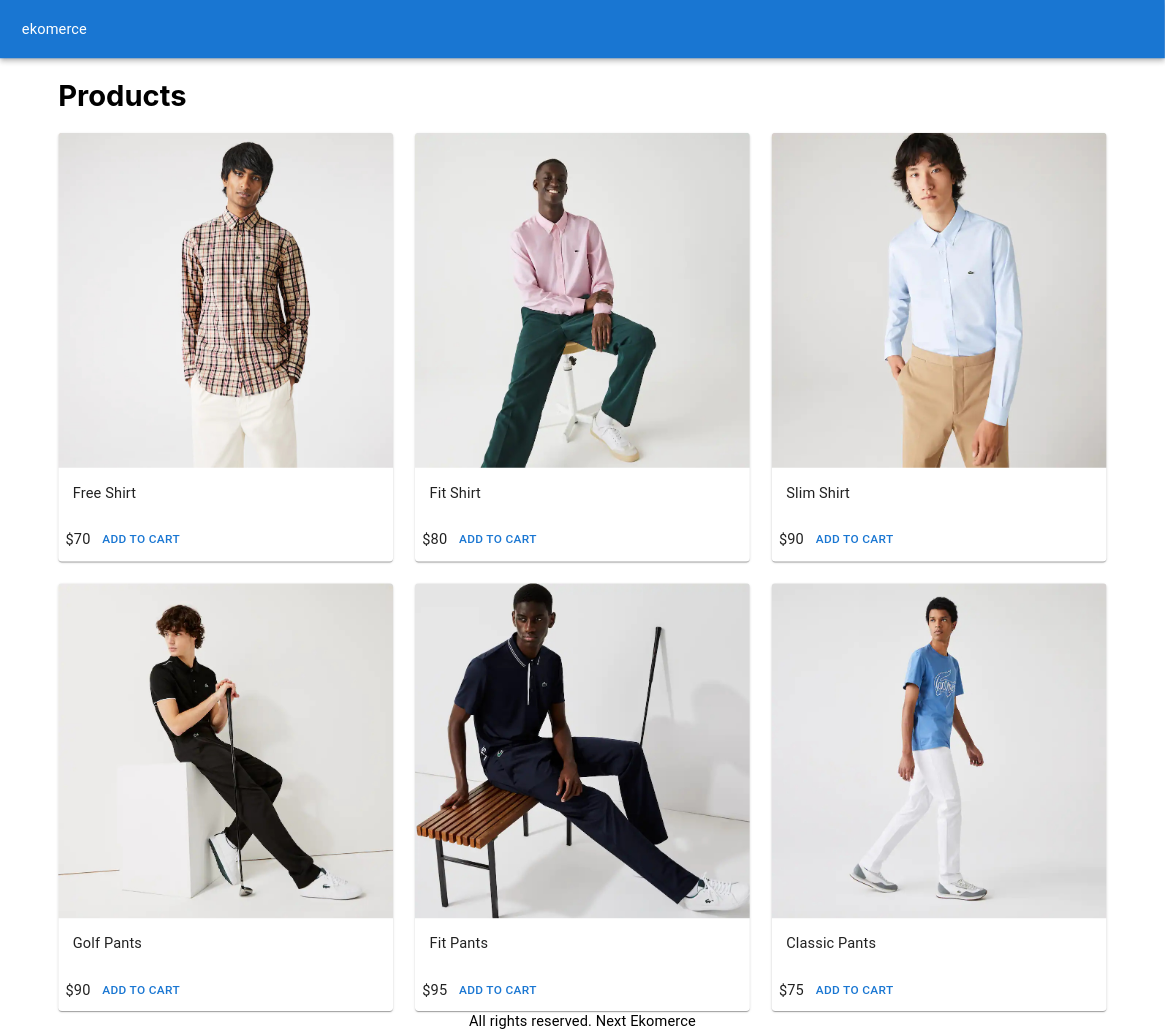
Repository: ChakmaSajib/ekomerce
Page: /
The author's editor kept a copy of each file at every save. The page is drawn from the files as they stood at one save, then again after the next save.
The browser window is 1280 px wide. The pictures show the whole page, at 91% of full size.
The project was rebuilt for these pictures with package versions that can differ from the ones it lists, and the page was loaded fresh each time. The framework's server and built-in components were replaced by stand-ins that run in the browser. Also part of the build but not shown: next.config.js, styles/Home.module.css.

Above is the page before, as saved 2022-01-02 00:18:10.

### pages/_app.js
import React, { useEffect } from "react"
import '../styles/globals.css'
function MyApp({ Component, pageProps }) {
  useEffect(() => {
    // this will call after rendering this component
    // to remove css for server side rendering
    // to fix the issue with server-side with material-ui

    const jssStyle = document.querySelector('#jss-server-side')
    if (jssStyle) {
      jssStyle.parentElement.removeChild(jssStyle)
    }
  }, [])
  return <Component {...pageProps} />
}

export default MyApp

### pages/_document.js
// We will change the way that Next basically render the pages
import { ServerStyleSheets } from '@mui/styles';
import React from "react"
import App from 'next/app';
import Document, { Html, Head, Main, NextScript } from 'next/document';
export default class MyDocument extends Document {
    render() {
        return (
            <Html lang="en">
                <Head></Head>
                {/** here, the body element does not comming from NextJS */}
                <body>
                    <Main />
                    <NextScript />
                </body>
            </Html>
        )
    }
}

// This will render before above component
MyDocument.getInitialProps = async (ctx) => {
    const sheets = new ServerStyleSheets();
    const originalRenderPage = ctx.renderPage;
    ctx.renderPage = () => {
        return originalRenderPage({
            enhanceApp: (App) => (props) => sheets.collect(<App {...props} />),
        });
    };

    const initialProps = await Document.getInitialProps(ctx)
    return {
        ...initialProps,
        styles: [
            ...React.Children.toArray(initialProps.styles), sheets.getStyleElement()
        ]
    }
}

### pages/index.js
import Head from 'next/head'
import Image from 'next/image'
import Layout from '../components/Layout'
import styles from '../styles/Home.module.css'
import { Card, CardActionArea, CardContent, CardMedia, CardActions, Grid, Typography, Button } from '@mui/material'
import data from "../utils/data"

export default function Home() {
  return (
    <Layout>
      <div>
        <h1>Products</h1>
        {/** Parent Grid */}
        <Grid container spacing={3}>
          {data.products.map((product) => (
            <Grid item key={product.name} md={4}>
              <Card>
                <CardActionArea>
                  <CardMedia component="img" image={product.image} title={product.name}>
                  </CardMedia>
                  <CardContent >
                    <Typography>
                      {product.name}
                    </Typography>
                  </CardContent>
                </CardActionArea>
                <CardActions>
                  <Typography>${product.price}</Typography>
                  <Button size="small" color="primary"> Add to cart</Button>
                </CardActions>
              </Card>
            </Grid>
          ))}
        </Grid>
      </div>
    </Layout>

  )
}

### components/Layout.js
import React from 'react';
import Head from 'next/head';
import { AppBar, Toolbar, Typography, Container } from '@mui/material';
import useStyles from '../utils/styles';

export default function Layout({ children }) {
    const classes = useStyles()

    return (
        <div>
            <Head>
                <title>Ekomerce</title>
            </Head>

            {/** App bar */}
            <AppBar position="static" className={classes.navbar}>
                <Toolbar>
                    <Typography>
                        ekomerce
                    </Typography>
                </Toolbar>
            </AppBar>

            {/** Main Container */}
            <Container className={classes.main}>
                {children}
            </Container>

            {/** Footer */}

            <footer className={classes.footer}>
                <Typography> All rights reserved. Next Ekomerce </Typography>
            </footer>
        </div>
    )
}

### utils/data.js
const data = {
    products: [
        {
            name: 'Free Shirt',
            category: 'Shirts',
            image: '/images/shirt1.jpg',
            price: 70,
            brand: 'Nike',
            rating: 4.5,
            numReviews: 10,
            countInStock: 20,
            description: 'A popular shirt',
        },
        {
            name: 'Fit Shirt',
            category: 'Shirts',
            image: '/images/shirt2.jpg',
            price: 80,
            brand: 'Adidas',
            rating: 4.2,
            numReviews: 10,
            countInStock: 20,
            description: 'A popular shirt',
        },
        {
            name: 'Slim Shirt',
            category: 'Shirts',
            image: '/images/shirt3.jpg',
            price: 90,
            brand: 'Raymond',
            rating: 4.5,
            numReviews: 10,
            countInStock: 20,
            description: 'A popular shirt',
        },
        {
            name: 'Golf Pants',
            category: 'Pants',
            image: '/images/pants1.jpg',
            price: 90,
            brand: 'Oliver',
            rating: 4.5,
            numReviews: 10,
            countInStock: 20,
            description: 'Smart looking pants',
        },
        {
            name: 'Fit Pants',
            category: 'Pants',
            image: '/images/pants2.jpg',
            price: 95,
            brand: 'Zara',
            rating: 4.5,
            numReviews: 10,
            countInStock: 20,
            description: 'A popular pants',
        },
        {
            name: 'Classic Pants',
            category: 'Pants',
            image: '/images/pants3.jpg',
            price: 75,
            brand: 'Casely',
            rating: 4.5,
            numReviews: 10,
            countInStock: 20,
            description: 'A popular pants',
        },
    ],
};
export default data;

### utils/styles.js
import { makeStyles } from '@mui/styles';

const useStyles = makeStyles({
    navbar: {
        backgroundColor: '#203040',
        '& a': {
            color: "#fff",
            marginLeft: 10,
        }

    },
    main: {
        minHeight: '80vh',
    },

    footer: {
        textAlign: 'center'
    }
})

export default useStyles;

Loaded but not shown: styles/globals.css (common file)

After the next save:
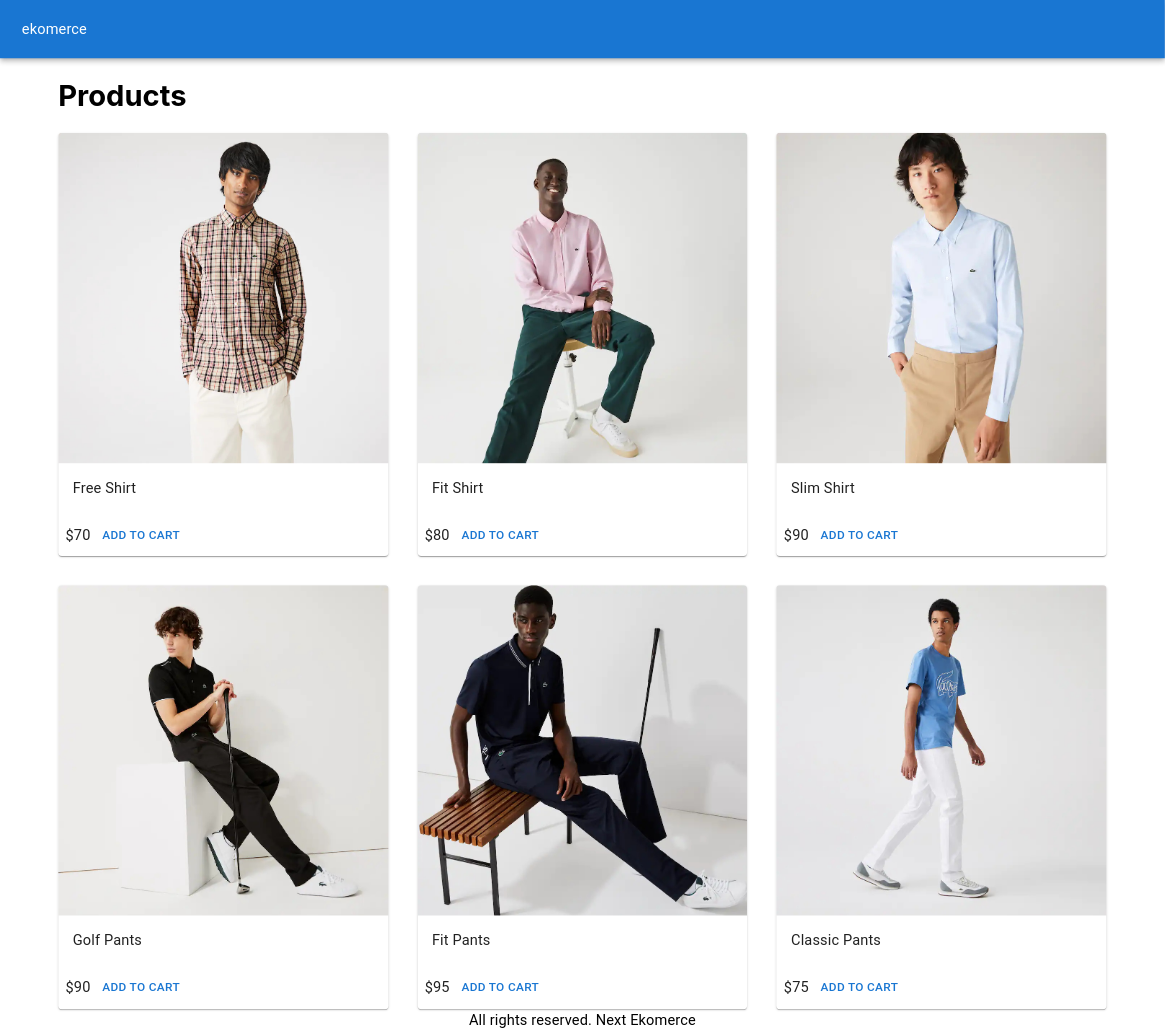
Saved 90 s later.
--- a/pages/index.js
+++ b/pages/index.js
@@ -11,7 +11,7 @@
       <div>
         <h1>Products</h1>
         {/** Parent Grid */}
-        <Grid container spacing={3}>
+        <Grid container spacing={4}>
           {data.products.map((product) => (
             <Grid item key={product.name} md={4}>
               <Card>
